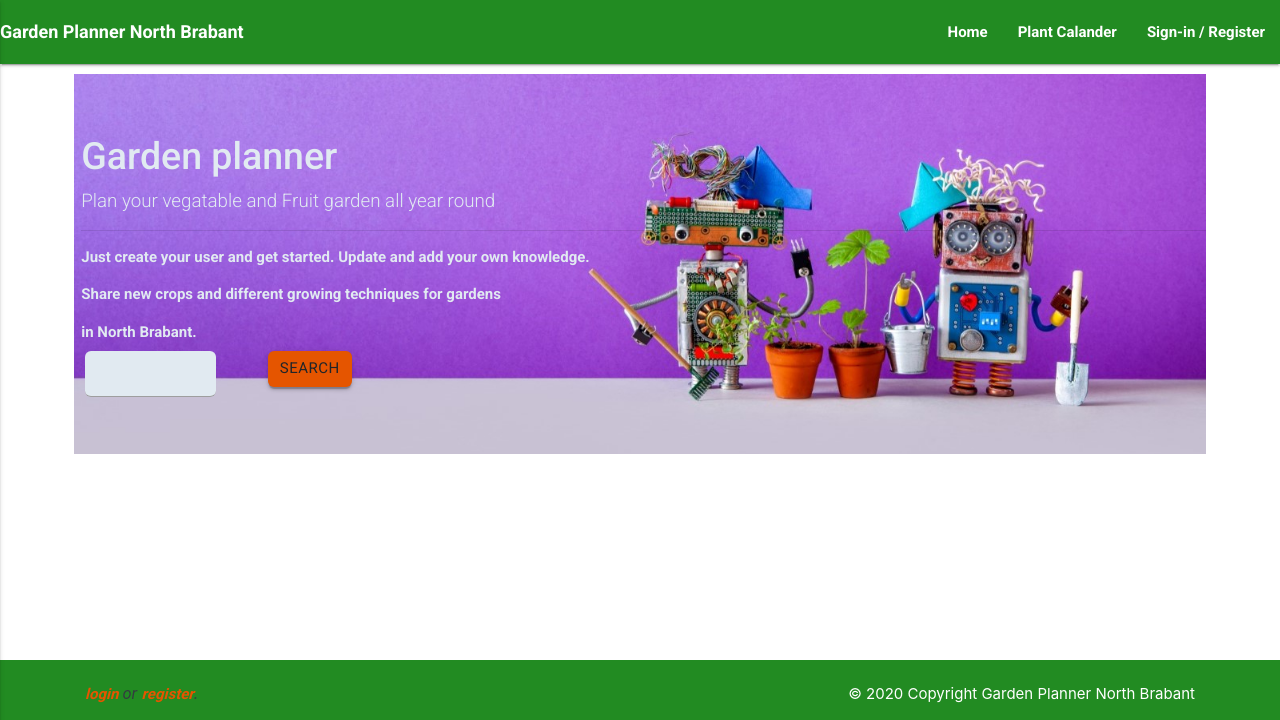
Repository: Lemoenskil/Milestone_project_3_Garden_planner
Page: http://localhost/
The author's editor kept a record of every edit. The page is drawn from the files as they stood at one moment, then again after the next edit.
The browser window is 1280 px wide. The pictures show the whole page.
The pointer rests on the first visible `.btn`.
Some web libraries are served in a nearby version. The page is served by the project's application, run on Flask 3 (app.py). Queries for data that is not in the repository find no rows.

Above is the page before.

After the next edit:
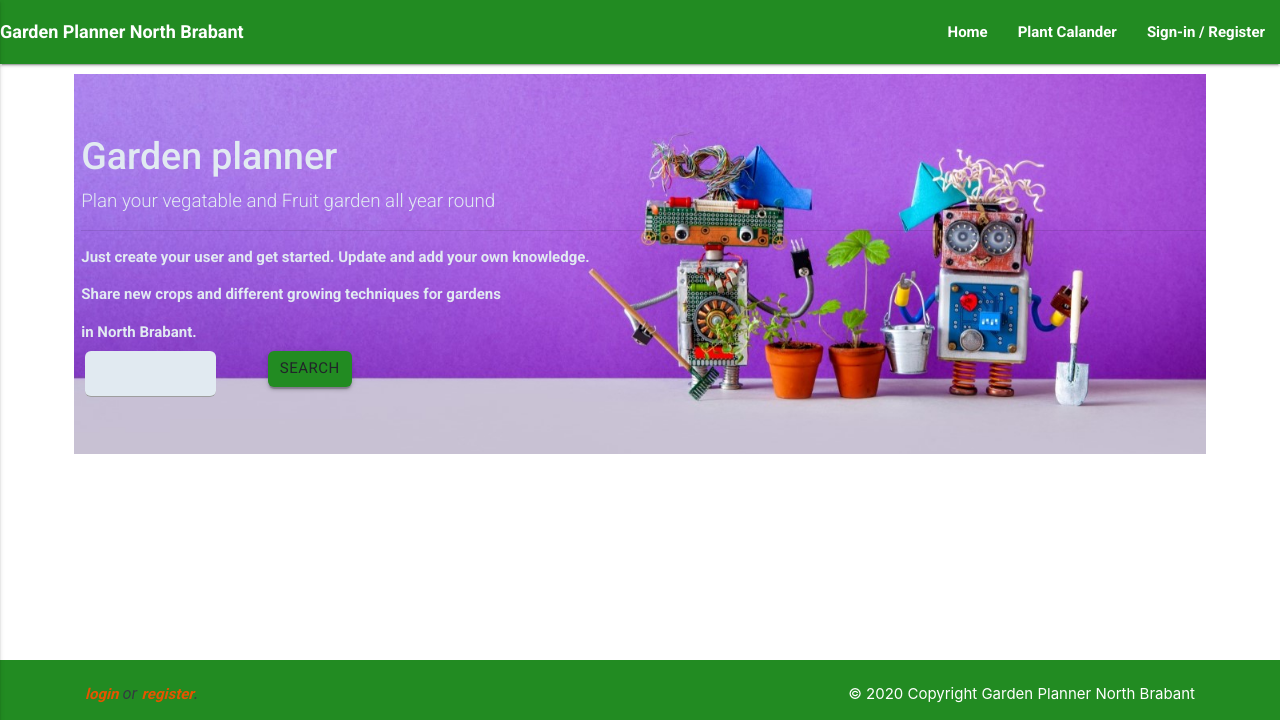
The edit:
--- a/static/css/style.css
+++ b/static/css/style.css
@@ -97,6 +97,10 @@
 
 .page-item.active .page-link{
     background-color: forestgreen;
+}
+
+.btn:hover {
+    background-color:forestgreen!important;
 }
 
 
